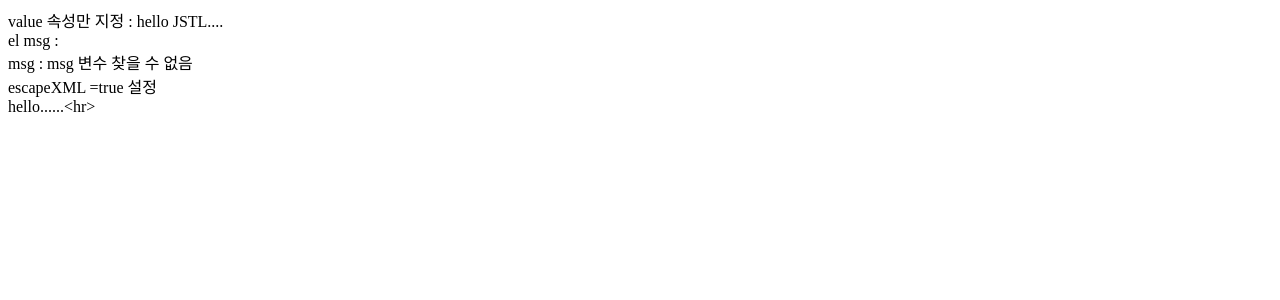
Repository: skim24245/web_workspace_src
Page: http://localhost/Lecture-Web/jsp/el/exam10.jsp
These files come from the project's save history. The page is drawn as it stood at one moment and after the next save; the edit follows.
The browser window is 1280 px wide. The pictures show the whole page.
The page is served by Tomcat 9. Other server files are loaded and not shown.

Above is the page before, as saved 2022-06-07 06:46:59.

### Lecture-Web/src/main/webapp/jsp/el/exam10.jsp
<%@ page language="java" contentType="text/html; charset=UTF-8"
    pageEncoding="UTF-8"%>
<%@ taglib prefix="c" uri="http://java.sun.com/jsp/jstl/core" %>
<!DOCTYPE html>
<html>
<head>
<meta charset="UTF-8">
<title>Insert title here</title>
</head>
<body>
value 속성만 지정 : <c:out value="hello JSTL...." /><BR>
el msg : ${msg}<Br>
msg : <c:out value="${msg}" default = "msg 변수 찾을 수 없음" /><br>
escapeXML =true 설정 <BR>

<c:set var="msg" value="hello......<hr>"/>
<c:out value="${msg}"/>


</body>
</html>

After the next save:
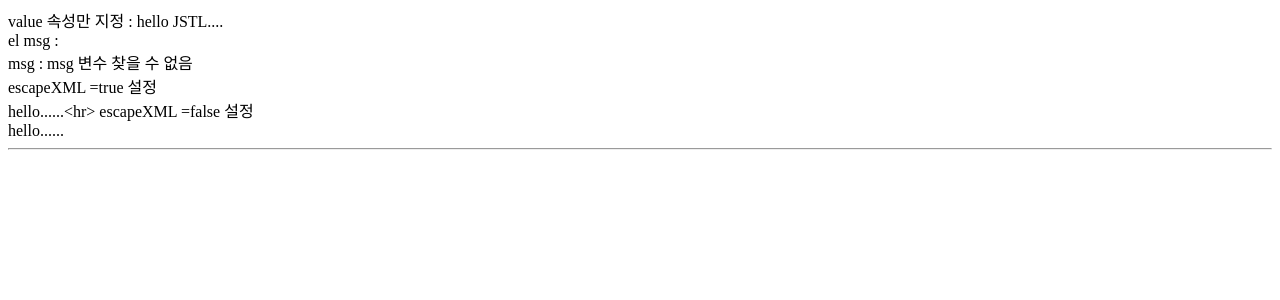
Saved 51 s later.
--- a/Lecture-Web/src/main/webapp/jsp/el/exam10.jsp
+++ b/Lecture-Web/src/main/webapp/jsp/el/exam10.jsp
@@ -16,6 +16,9 @@
 <c:set var="msg" value="hello......<hr>"/>
 <c:out value="${msg}"/>
 
+escapeXML =false 설정 <BR>
+<c:out value="${msg}" escapeXml="false"/>
+
 
 </body>
 </html>
